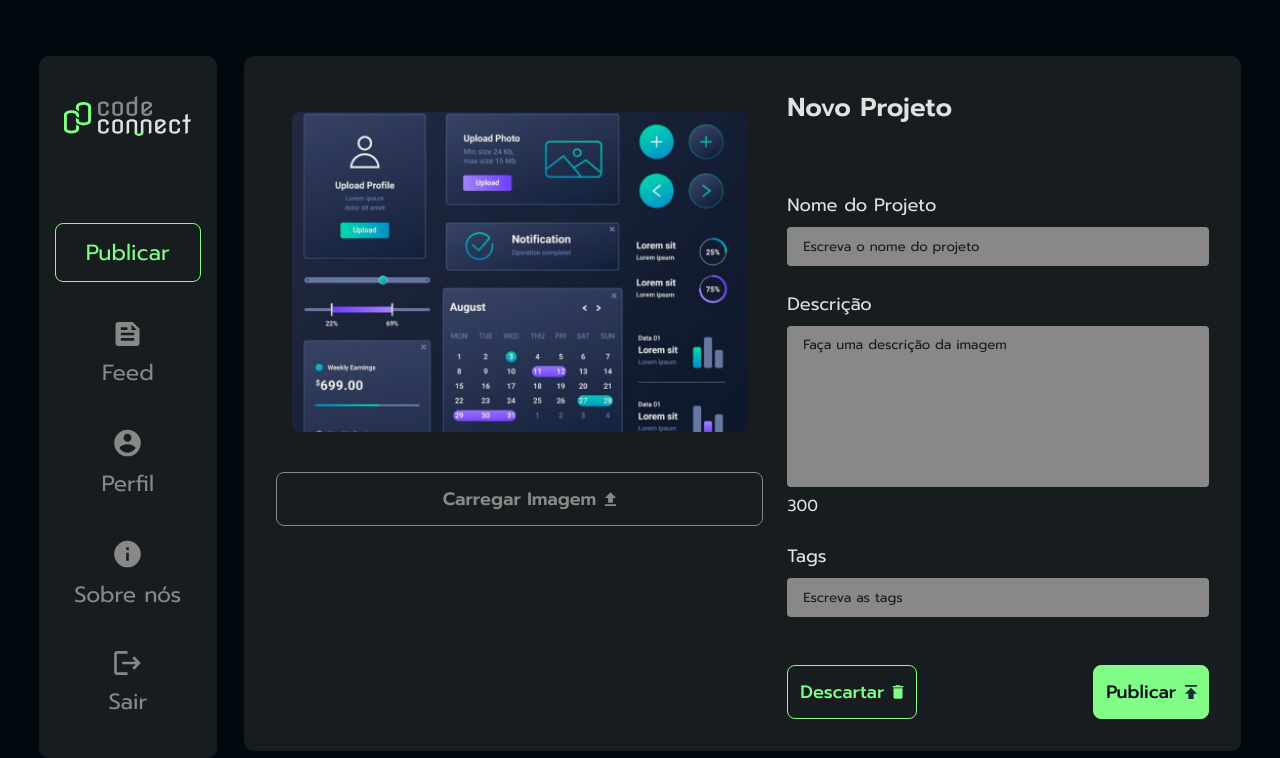
Repository: joaoPraiaJunior/async_await
Page: index.html
The author's editor kept a copy of each file at every save. The page is drawn from the files as they stood at one save, then again after the next save.
The browser window is 1280 px wide. The pictures show the whole page.

Above is the page before, as saved 2024-08-29 19:30:44.
Console error (its wording comes from the project's code and is left out).

### index.html
<!DOCTYPE html>
<html lang="pt-BR" dir="ltr">

<head>
    <meta charset="UTF-8">
    <meta name="viewport" content="width=device-width, initial-scale=1.0">
    <meta name="description" content="Projeto Async Await">
    <link rel="preconnect" href="https://fonts.googleapis.com">
    <link rel="preconnect" href="https://fonts.gstatic.com" crossorigin>
    <link href="https://fonts.googleapis.com/css2?family=Prompt:ital,wght@0,100;0,200;0,300;0,400;0,500;0,600;0,700;0,800;0,900;1,100;1,200;1,300;1,400;1,500;1,600;1,700;1,800;1,900&display=swap" rel="stylesheet">
    <link rel="stylesheet" href="./css/styles.css">
    <title>CodeConnect</title>
</head>

<body>
    <aside class="l-lateral">
        <figure><img src="./img/Logo.svg" alt="Logo do codeconnect"></figure>
        <nav class="c-menu">
            <ul class="c-menu__lista">
                <li class="c-menu__item"><a href="#" class="c-menu__link">Publicar</a></li>
                <li class="c-menu__item"><a href="#" class="c-menu__link"><img src="./img/feed.svg" aria-hidden="true" alt>Feed</a></li>
                <li class="c-menu__item"><a href="#" class="c-menu__link"><img src="./img/account_circle.svg" aria-hidden="true" alt>Perfil</a></li>
                <li class="c-menu__item"><a href="#" class="c-menu__link"><img src="./img/info.svg" aria-hidden="true" alt>Sobre nós</a></li>
                <li class="c-menu__item"><a href="#" class="c-menu__link"><img src="./img/logout.svg" aria-hidden="true" alt>Sair</a></li>
            </ul>
        </nav>
    </aside>

    <main class="l-principal">
        <div class="c-upload-imagem">
            <div class="c-upload-imagem__container">
                <figure class="c-upload-imagem__publicacao">
                    <img src="./img/imagem1.png" data-js="imagem" alt>
                </figure>
            </div>
            <button class="c-upload-imagem__botao" aria-label="carregar imagem" data-js="upload-de-imagem" aria-label="carregar-imagem">Carregar Imagem</button>
            <input type="file" name="imagem" id="imagem" accept="image/*" aria-hidden="true" style="display:none" data-js="input-upload-imagem">
            <div class="c-upload-imagem__descricao" data-js="descricao-da-imagem">

            </div>
            <div class="c-upload-imagem__mensagem-erro">
                <p data-js="mensagem-de-erro" aria-hidden="true"></p>
            </div>
        </div>

        <div class="c-formulario">
            <h1 class="c-formulario__titulo">Novo Projeto</h1>
            <form class="c-formulario__acoes" data-js="formulario">

                <div class="c-formulario__grupo">
                    <label for="projeto">Nome do Projeto</label>
                    <input type="text" name="projeto" id="projeto" placeholder="Escreva o nome do projeto">
                </div>
                <div class="c-formulario__grupo">
                    <label for="descricao">Descrição</label>
                    <textarea name="descricao" id="descricao" placeholder="Faça uma descrição da imagem" maxlength="300" data-js="descricao-do-projeto"></textarea>
                    <p class="c-formulario__contador" data-js="contador-descricao">300</p>
                </div>

                <div class="c-formulario__grupo">
                    <label for="tags">Tags</label>
                    <input type="text" name="tags" id="tags" placeholder="Escreva as tags" data-js="input-tags">
                </div>

                <ul class="c-formulario__lista" data-js="formulario-lista-tags">
                </ul>

                <div class="c-formulario__botoes">
                    <button type="reset" class="c-formulario__botao c-formulario__botao--descartar" data-js="botao-excluir-dados-formulario">Descartar</button>
                    <button type="submit" class="c-formulario__botao c-formulario__botao--salvar">Publicar</button>
                </div>
            </form>
        </div>
    </main>

    <script type="module" src="./js/scripts.js"></script>
</body>

</html>

### css/styles.css
:root {
  /* Cores */
  --background-color: #00090e;
  --cor-do-texto: #e1e1e1;
  --cor-primaria: #81fe88;
  --cor-secundaria: #888888;
  --cor-da-tag: #171d1f;
  --componentes-do-background: #171d1f;

  /* Fontes */
  --fonte-padrao: "Prompt", sans-serif;
}

* {
  margin: 0;
  padding: 0;
  box-sizing: border-box;
}

html {
  font-size: 62.5%;
}

body {
  display: flex;
  justify-content: center;
  align-items: start;
  gap: 2.7rem;
  font-family: var(--fonte-padrao);
  font-size: 1.6rem;
  background-color: var(--background-color);
  color: var(--cor-do-texto);
  padding: 5.6rem 0;
  height: 100vh;
}

.l-lateral {
  text-align: center;
  background-color: var(--componentes-do-background);
  border-radius: 1rem;
  padding: 4rem 1.6rem;
}

.c-menu__lista {
  display: flex;
  flex-direction: column;
  align-items: center;
  gap: 4rem;
  margin-top: 8rem;
  list-style-type: none;
}

.c-menu__link {
  display: flex;
  flex-direction: column;
  align-items: center;
  gap: 1rem;
  font-size: 2.2rem;
  text-decoration: none;
  color: var(--cor-secundaria);
}

.c-menu__lista li:first-of-type a {
  color: var(--cor-primaria);
  border: 0.1rem solid var(--cor-primaria);
  border-radius: 0.8rem;
  padding: 1.2rem 3rem;
}

.l-principal {
  display: flex;
  gap: 2.4rem;
  background-color: var(--componentes-do-background);
  border-radius: 1rem;
  padding: 3.2rem;
}

.c-formulario {
  display: flex;
  flex-direction: column;
  gap: 2.4rem;
  width: 42.2rem;
}

.c-formulario__titulo {
  font-size: 2.6rem;
  font-weight: 600;
  margin-bottom: 4rem;
}

.c-formulario__acoes {
  display: flex;
  flex-direction: column;
  gap: 2.4rem;
}

.c-formulario__grupo label {
  display: block;
  font-size: 1.8rem;
  font-weight: 400;
  margin-bottom: 0.8rem;
  cursor: pointer;
}

.c-formulario__grupo input,
textarea {
  background-color: var(--cor-secundaria);
  font-family: var(--fonte-padrao);
  line-height: 2.25rem;
  border: none;
  border-radius: 0.4rem;
  padding: 0.8rem 1.6rem;
  width: 100%;
}

.c-formulario__grupo textarea {
  resize: none;
  height: 16.1rem;
}

.c-formulario__grupo input {
  height: 3.9rem;
}

.c-formulario__grupo input::placeholder, textarea::placeholder {
  color: var(--componentes-do-background);
}

.c-formulario__grupo label {
  cursor: pointer;
}

.c-formulario__lista {
  display: flex;
  gap: 1.0rem;
  flex-wrap: wrap;
  list-style-type: none;
}

.c-formulario__lista-tags {
  display: flex;
  gap: 1rem;
  color: var(--cor-da-tag);
  background-color: var(--cor-secundaria);
  border-radius: 0.4rem;
  padding: 0.4rem 0.8rem;
  cursor: pointer;
}

.c-formulario__botoes {
  display: flex;
  justify-content: space-between;
  gap: 2.4rem;
}

.c-formulario__botao {
  font-family: var(--fonte-padrao);
  font-size: 1.8rem;
  font-weight: 500;
  text-align: center;
  border-radius: 0.8rem;
  padding: 1.2rem 3.2rem 1.2rem 1.2rem;
  cursor: pointer;
}

.c-formulario__botao--descartar,
.c-formulario__botao--salvar {
  position: relative;
}

.c-formulario__botao--descartar {
  color: var(--cor-primaria);
  background-color: var(--componentes-do-background);
  border: 0.1rem solid var(--cor-primaria);
}

.c-formulario__botao--salvar {
  color: var(--background-color);
  background-color: var(--cor-primaria);
  border: 0.1rem solid var(--cor-primaria);
}

.c-formulario__botao--descartar::after,
.c-formulario__botao--salvar::after,
.c-upload-imagem__botao::after {
  content: "";
  display: inline-block;
  position: absolute;
  top: 50%;
  background-size: contain;
  background-repeat: no-repeat;
  margin-left: 0.8rem;
  width: 1.5rem;
  height: 1.5rem;
  transform: translateY(-50%);
}

.c-formulario__botao--descartar::after {
  background-image: url("../img/trash.svg");
}

.c-formulario__botao--salvar::after {
  background-image: url("../img/arrow_forward2.svg");
}

.c-upload-imagem__botao::after {
  background-image: url("../img/upload.svg");
}

.c-upload-imagem__publicacao {
  background-color: var(--secundary-color);
  border-radius: 0.8rem;
  padding: 2.4rem 1.6rem;
  height: 36.8rem;
}

.c-upload-imagem__publicacao img {
  border-radius: 0.8rem;
  object-fit: cover;
  height: 100%;
}

.c-upload-imagem__botao {
  position: relative;
  color: var(--cor-secundaria);
  background-color: var(--componentes-do-background);
  font-family: var(--fonte-padrao);
  font-size: 1.8rem;
  font-weight: 600;
  text-align: center;
  margin: 1.6rem 0 0.8rem 0;
  border: 0.1rem solid var(--cor-secundaria);
  border-radius: 0.8rem;
  padding: 1.2rem;
  width: 100%;
  cursor: pointer;
}

.c-upload-imagem__descricao {
  display: flex;
  gap: 0.8rem;
  color: var(--secundary-color);
  font-size: 1.5rem;
}

.c-upload-imagem__descricao img {
  cursor: pointer;
}

.c-upload-imagem__mensagem-erro {
  margin-top: 1.5rem;
}


.piscar {
  animation: piscar 1.5s infinite;
}

@keyframes piscar {
  0% {
    opacity: 1;
  }
  50% {
    opacity: 0.5;
  }
  100% {
    opacity: 1;
  }
}

.c-botao {
  position: relative;
  background-color: transparent;
  border: none;
  width: .9rem;
  height: 2.2rem;
  cursor: pointer;
}

.c-botao::after {
  content: "";
  position: absolute;
  top: 50%;
  display: inline-block;
  background-size: contain;
  background-repeat: no-repeat;
  width: .9rem;
  height: .9rem;
  transform: translate(-50%, -50%);
}

.c-botao--excluir::after {
  background-image: url("../img/close-black.svg");
}

.c-botao--fechar::after {
  background-image: url("../img/close.svg");
}

### js/modulos/criarTagsDoProjeto.js
import exibirTagsDisponiveis from './exibirTagsDisponiveis.js';
import manipularMensagemDeErro from './manipularMensagemDeErro.js';

async function criarTagsDoProjeto(evento) {

    const elementos = {
        inputTags: '[data-js="input-tags"]',
        formularioListaTags: '[data-js="formulario-lista-tags"]',
    }

    const inputTags = document.querySelector(elementos.inputTags);
    const formularioListaTags = document.querySelector(elementos.formularioListaTags);
    const tecla = evento.key;

    if (tecla === 'Enter') {
        evento.preventDefault();
        const nomeDaTag = evento.target.value.trim();
        if (nomeDaTag !== '') {
            try {
                const tagJaExiste = await exibirTagsDisponiveis(nomeDaTag);
                if (tagJaExiste) {
                    const li = document.createElement('li');
                    const p = document.createElement('p');
                    const botao = document.createElement('button');
                    li.classList.add('c-formulario__lista-tags');
                    botao.classList.add('c-botao', 'c-botao--excluir');
                    botao.setAttribute('aria-label', 'Excluir tag');
                    botao.setAttribute('type', 'button');
                    botao.dataset.js = 'botao-excluir-tag';
                    p.textContent = tagJaExiste;
                    li.appendChild(p);
                    li.appendChild(botao);
                    formularioListaTags.appendChild(li);
                    inputTags.value = '';
                } else {
                    manipularMensagemDeErro('Tag não encontrada');
                    inputTags.value = '';
                }
            } catch (erro) {
                manipularMensagemDeErro('Erro ao criar tag', erro);
            }
        }
    }
}

export default criarTagsDoProjeto;

### js/modulos/descartarDadosDoFormulario.js
import elementosQueResetamFormulario from './elementosQueResetamFormulario.js';

function descartarDadosDoFormulario(evento) {
    evento.preventDefault();
    elementosQueResetamFormulario();
}

export default descartarDadosDoFormulario;

### js/modulos/enviarDados.js
import manipularMensagemDeErro from './manipularMensagemDeErro.js';
import publicarDadosDoProjeto from './publicarDadosDoProjeto.js';

async function enviarDados(evento) {

    const elementos = {
        formularioListaTags: '[data-js="formulario-lista-tags"]',
        formulario: '[data-js="formulario"]',
        inputUploadImagem: '[data-js="input-upload-imagem"]',
    }

    const formularioListaTags = document.querySelector(elementos.formularioListaTags);
    const formulario = document.querySelector(elementos.formulario);
    const inputUploadImagem = document.querySelector(elementos.inputUploadImagem);

    evento.preventDefault();

    const nomeDoProjeto = formulario.projeto;
    const descricaoDoProjeto = formulario.descricao;
    const tags = Array.from(formularioListaTags.children).map(tag => tag.querySelector('p').textContent);
    const imagemDoProjeto = inputUploadImagem;

    try {
        const mensagem = await publicarDadosDoProjeto({nomeDoProjeto, descricaoDoProjeto, tags, imagemDoProjeto});
        manipularMensagemDeErro(mensagem);
    } catch (erro) {
        console.error('Erro ao publicar projeto', erro);
        manipularMensagemDeErro(erro);
    }
}

export default enviarDados;

### js/modulos/excluirImagemApresentada.js
function excluirImagemApresentada(evento) {

    const elementos = {
        imagem: '[data-js="imagem"]',
        descricaoDaImagem: '[data-js="descricao-da-imagem"]',
        inputUploadDeImagem: '[data-js="input-upload-imagem"]',
        uploadDeImagem: '[data-js="upload-de-imagem"]',
    }

    const imagem = document.querySelector(elementos.imagem);
    const descricaoDaImagem = document.querySelector(elementos.descricaoDaImagem);
    const inputUploadDeImagem = document.querySelector(elementos.inputUploadDeImagem);
    const uploadDeImagem = document.querySelector(elementos.uploadDeImagem);
    const botaoExcluir = evento.target.closest('[data-js="botao-excluir-imagem"]');

    if(botaoExcluir){
        imagem.src = './img/imagem1.png';
        descricaoDaImagem.innerHTML = '';
        inputUploadDeImagem.value = ''
        uploadDeImagem.focus();
    }
}

export default excluirImagemApresentada;

### js/modulos/excluirTag.js

function excluirTag(evento) {

    const elementos = {
        formularioListaTags: '[data-js="formulario-lista-tags"]',
    }

    const formularioListaTags = document.querySelector(elementos.formularioListaTags);
    const botaoExcluir = evento.target.closest('[data-js="botao-excluir-tag"]');

    if (botaoExcluir) {
        const tagEscolhida = botaoExcluir.parentElement;
        formularioListaTags.removeChild(tagEscolhida);
    }
}

export default excluirTag;

### js/modulos/uploadDeImagem.js
import descricaoDaImagemEscolhida from './descricaoDaImagemEscolhida.js';
import lerConteudoDoArquivo from './lerConteudoDoArquivo.js';
import manipularMensagemDeErro from './manipularMensagemDeErro.js';

async function uploadDeImagem(evento) {

    const elementos = {
        imagem: '[data-js="imagem"]',
        descricaoDaImagem: '[data-js="descricao-da-imagem"]',
    }

    const imagem = document.querySelector(elementos.imagem);
    const descricaoDaImagem = document.querySelector(elementos.descricaoDaImagem);
    const arquivo = evento.target.files[0];

    if (!arquivo) {

        manipularMensagemDeErro('Nenhum arquivo selecionado.');
        return;

    } else {

        try {
            const conteudoDoArquivo = await lerConteudoDoArquivo(arquivo);
            imagem.src = conteudoDoArquivo.url;
            descricaoDaImagem.innerHTML = descricaoDaImagemEscolhida(arquivo.name);
            manipularMensagemDeErro(null); // Limpa a mensagem

        } catch (erro) {

            manipularMensagemDeErro(erro); // Exibe o erro
        }

    }
}

export default uploadDeImagem;

### js/modulos/exibirTagsDisponiveis.js

function exibirTagsDisponiveis(tagTexto) {

    const tagsDisponiveis = [
        "Front-end",
        "Programação",
        "Data Science",
        "Full-stack",
        "HTML",
        "CSS",
        "JavaScript",
        "React",
        "Angular",
        "Vue",
        "Back-end",
    ];

    return new Promise((resolve) => {

        setTimeout(() => {
            resolve(tagsDisponiveis.find(tag => tagTexto.toLowerCase() === tag.toLowerCase()));
        }, 1000);

    });
}

export default exibirTagsDisponiveis;

### js/modulos/manipularMensagemDeErro.js

let ajustarAnimacao = null;

function manipularMensagemDeErro(erro) {

    const elementos = {
        mensagemDeErro: '[data-js="mensagem-de-erro"]',
    }

    const mensagemDeErro = document.querySelector(elementos.mensagemDeErro);

    if (erro) {
        mensagemDeErro.textContent = erro;
        mensagemDeErro.classList.add('piscar');
        mensagemDeErro.setAttribute('aria-hidden', false);
        mensagemDeErro.setAttribute('role', 'alert');
        mensagemDeErro.setAttribute('tabindex', 0); // Para que o leitor de tela leia a mensagem
        pararAnimacao();
        animacao();
    } else {
        mensagemDeErro.textContent = '';
    }

    function animacao() {
        ajustarAnimacao = setTimeout(() => {
            mensagemDeErro.textContent = '';
            mensagemDeErro.classList.remove('piscar');
            mensagemDeErro.setAttribute('aria-hidden', true);
            mensagemDeErro.removeAttribute('role');
            mensagemDeErro.removeAttribute('tabindex');
        }, 15000);
    }

    function pararAnimacao() {
        if (ajustarAnimacao) {
            clearTimeout(ajustarAnimacao);
            ajustarAnimacao = null;
        }
    }
}



export default manipularMensagemDeErro

### js/modulos/elementosQueResetamFormulario.js

function elementosQueResetamFormulario() {

    const elementos = {
        imagem: '[data-js="imagem"]',
        descricaoDaImagem: '[data-js="descricao-da-imagem"]',
        formularioListaTags: '[data-js="formulario-lista-tags"]',
        formulario: '[data-js="formulario"]',
        inputUploadDeImagem: '[data-js="input-upload-imagem"]',
    }

    const imagem = document.querySelector(elementos.imagem);
    const descricaoDaImagem = document.querySelector(elementos.descricaoDaImagem);
    const formulario = document.querySelector(elementos.formulario);
    const formularioListaTags = document.querySelector(elementos.formularioListaTags);
    const inputUploadDeImagem = document.querySelector(elementos.inputUploadDeImagem);


    formulario.reset();
    imagem.src = './img/imagem1.png';
    descricaoDaImagem.innerHTML = '';
    formularioListaTags.innerHTML = '';
    inputUploadDeImagem.value = '';
}


export default elementosQueResetamFormulario;

### js/modulos/publicarDadosDoProjeto.js
import dadosNoLocalStorage from './dadosNoLocalStorage.js';
import validaDadosFormulario from './validaDadosFormulario.js';

async function publicarDadosDoProjeto(dados) {


    return new Promise((resolve, reject) => {
        setTimeout(() => {
            const erroDados = validaDadosFormulario(dados);

            if (erroDados) {
                return reject(erroDados);
            }

            const envio = dadosNoLocalStorage(dados);

            if (envio) {
                resolve('Projeto publicado com sucesso');

            } else {
                reject('Erro ao publicar projeto');
            }
        }, 2000);

    });
}

export default publicarDadosDoProjeto;

### js/modulos/descricaoDaImagemEscolhida.js
function descricaoDaImagemEscolhida(nomeDaImagem) {

    const paragrafo = document.createElement('p');
    paragrafo.textContent = nomeDaImagem;
    const botao = document.createElement('button');
    botao.classList.add('c-botao', 'c-botao--fechar');
    botao.setAttribute('aria-label', 'Exluir imagem');
    botao.setAttribute('type', 'button');
    botao.dataset.js = 'botao-excluir-imagem';

    return `${paragrafo.outerHTML} ${botao.outerHTML}`;

}

export default descricaoDaImagemEscolhida;

### js/modulos/lerConteudoDoArquivo.js

import validaImagem from './validaImagem.js';

function lerConteudoDoArquivo(arquivo) {

    return new Promise((resolve, reject) => {
        const leitor = new FileReader();
        leitor.onload = () => {

            const erro = validaImagem(arquivo)

            if (erro) {
                return reject(erro);
            }

            resolve({ url: leitor.result, nome: arquivo.name });
        }

        leitor.onerror = () => {
            reject(`Erro na leitura do arquivo ${arquivo.name}`);
        }

        leitor.readAsDataURL(arquivo);
    });
}

export default lerConteudoDoArquivo;

### js/modulos/dadosNoLocalStorage.js
import elementosQueResetamFormulario from './elementosQueResetamFormulario.js';
import lerConteudoDoArquivo from './lerConteudoDoArquivo.js';

async function dadosNoLocalStorage(dados) {

    const projetoNoLOcalStorage = JSON.parse(localStorage.getItem('Projeto')) || [];

    const { nomeDoProjeto, descricaoDoProjeto, tags, imagemDoProjeto } = dados;



    const imagem = await lerConteudoDoArquivo(imagemDoProjeto.files[0]);
    const nomeDaImagem = imagem.nome;
    const urlDaImagem = imagem.url;

    const dadosDoProjeto = {
        nomeDoProjeto: nomeDoProjeto.value,
        descricaoDoProjeto: descricaoDoProjeto.value,
        tags: tags,
        urlDaImagem: urlDaImagem,
        nomeDaImagem: nomeDaImagem
    };

    projetoNoLOcalStorage.push(dadosDoProjeto);

    localStorage.setItem('Projeto', JSON.stringify(projetoNoLOcalStorage));

    elementosQueResetamFormulario();
}

export default dadosNoLocalStorage;

### js/modulos/validaDadosFormulario.js
import validaInputFile from "./validaInputFile.js";
import validaInputs from "./validaInputs.js";
import verificaListaDeTags from "./verificaListaDeTags.js";


function validaDadosFormulario(dados) {

    const {nomeDoProjeto, descricaoDoProjeto, tags, imagemDoProjeto} = dados;

    if(!validaInputFile(imagemDoProjeto)) {
        return 'Adicione uma imagem ao projeto';
    }

    if(!validaInputs(nomeDoProjeto, descricaoDoProjeto)) {
        return 'Verifique se os campos Nome do Projeto e Descrição estão preenchidos';
    }

    if(!verificaListaDeTags(tags)) {
        return 'Adicione pelo menos uma tag';
    }

    return null; // Se erro.
}

export default validaDadosFormulario;

### js/modulos/validaImagem.js
import validaExtensaoDaImagem from './validaExtensaoDaImagem.js';
import validaTamanhoDaImagem from './validaTamanhoDaImagem.js';

function validaImagem(arquivo) {

    if (!validaExtensaoDaImagem(arquivo)) {
        return 'Extensão não permitida. Por favor, envie uma imagem no formato JPEG, PNG, JPG ou GIF';
    }

    if (!validaTamanhoDaImagem(arquivo)) {
        return 'Tamanho da imagem não permitido. Por favor, envie uma imagem de até 2MB';
    }

    return null; // Sem erro
}

export default validaImagem;

### js/modulos/validaInputFile.js
function validaInputFile(imagemDoProjeto) {
    if(imagemDoProjeto.files.length === 0) {
        return false;
    }

    return true;
}

export default validaInputFile;

### js/modulos/validaInputs.js
function validaInputs(nomeDoProjeto, descricaoDoProjeto) {

    if(!nomeDoProjeto.value || !descricaoDoProjeto.value) {
        return false;
    }

    return true;
}

export default validaInputs;

### js/modulos/verificaListaDeTags.js


function verificaListaDeTags(tags) {
    if(tags.length === 0 || !Array.isArray(tags)) {
        return false;
    }

    return true;
}

export default verificaListaDeTags;

### js/modulos/validaExtensaoDaImagem.js
function validaExtensaoDaImagem(arquivo) {

    const extensoesPermitidas = ['image/jpeg', 'image/png', 'image/jpg', 'image/gif'];
    return extensoesPermitidas.includes(arquivo.type);
}

export default validaExtensaoDaImagem;

### js/modulos/validaTamanhoDaImagem.js
function validaTamanhoDaImagem(arquivo) {

    const tamanhoPermitidoDoisMB = 1024 * 1024 * 2;
    return arquivo.size <= tamanhoPermitidoDoisMB;
}

export default validaTamanhoDaImagem;

Loaded but not shown: js/scripts.js (46 lines, source omitted); js/modulos/contadorDeCaracteres.js (no copy from this time; the picture is the same without it)

After the next save:
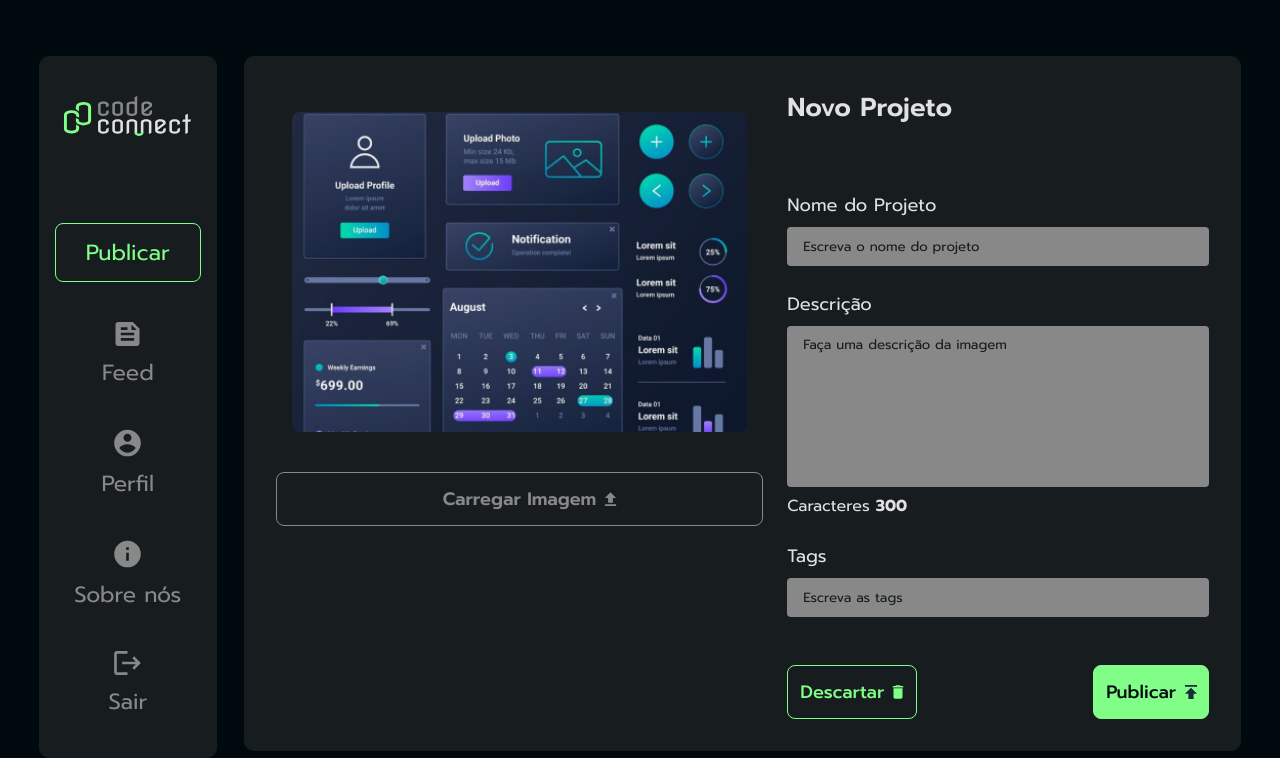
Saved 65 s later.
--- a/index.html
+++ b/index.html
@@ -54,7 +54,7 @@
                 <div class="c-formulario__grupo">
                     <label for="descricao">Descrição</label>
                     <textarea name="descricao" id="descricao" placeholder="Faça uma descrição da imagem" maxlength="300" data-js="descricao-do-projeto"></textarea>
-                    <p class="c-formulario__contador" data-js="contador-descricao">300</p>
+                    <p class="c-formulario__contador">Caracteres <strong data-js="contador-descricao">300</strong></p>
                 </div>
 
                 <div class="c-formulario__grupo">
